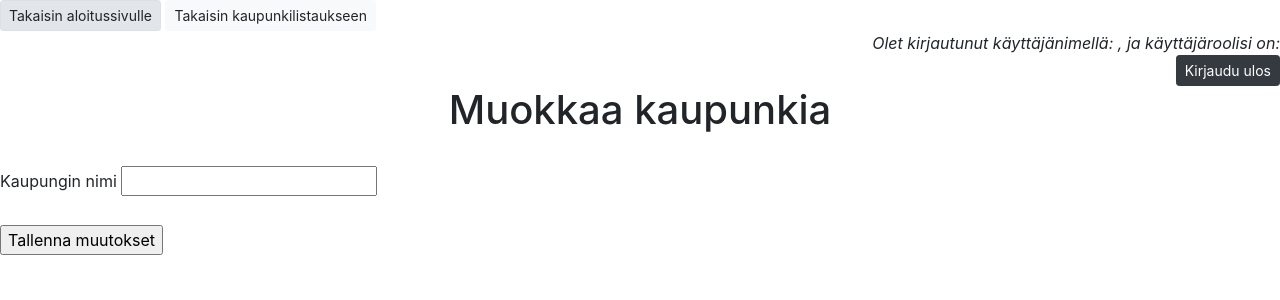
Repository: LiljestromNadja/Backend_s2023_harjoitustyo
Page: http://localhost/editCity
These files come from the project's save history. The page is drawn as it stood at one moment and after the next save; the edit follows.
The browser window is 1280 px wide. The pictures show the whole page.
The page is this project's Thymeleaf template; nobody is signed in. The template is opened directly, without the code that normally fills it, so the values that code supplies are empty.

Above is the page before, as saved 2023-11-10 17:28:36.

### harkkas23v01/src/main/resources/templates/editCity.html
<!DOCTYPE HTML>
<html xmlns:th="http://www.thymeleaf.org">
	<head>
	    <title>Muokkaa kaupunkia</title> <!-- 18102023 -->
	    <meta http-equiv="Content-Type" content="text/html; charset=UTF-8" />
	    <!-- Bootstrap-linkki vaihdettu tähän 04-10-2023 -->
		<link rel="stylesheet" href="https://cdn.jsdelivr.net/npm/bootstrap@4.0.0/dist/css/bootstrap.min.css" integrity="sha384-Gn5384xqQ1aoWXA+058RXPxPg6fy4IWvTNh0E263XmFcJlSAwiGgFAW/dAiS6JXm" crossorigin="anonymous"> <!-- Lisättiin tyyli, bootstrap 4.0 -->
		<!-- Lisättiin tyyli, bootstrap 4.0 -->
	</head>
	<body>
			<a href="/index"><button class="text-left btn btn-light btn-sm">Takaisin aloitussivulle</button></a>
			<a href="/cities"><button class="text-left btn btn-light btn-sm">Takaisin kaupunkilistaukseen</button></a>

		<div class="text-right">
			<i>Olet kirjautunut käyttäjänimellä: <b sec:authentication="name"></b>,	ja käyttäjäroolisi on: <b sec:authentication="principal.authorities"></b></i>
			<br>
			<form class="text-right" th:action="@{/logout}" method="post">
				<input type="submit" value="Kirjaudu ulos" class="btn btn-sm btn-dark" />
			</form>
		</div>

		<h1 style="text-align: center;">Muokkaa kaupunkia</h1>
		</br>
		<div>
			<form th:object="${city}" th:action="@{../saveCity}" action="#" method="post"> 	 					<!-- Tässä menee @{/saveCaegory} -->

			  	<input type="hidden" id="cityid" th:field="*{cityid}" />												<!-- muokatessa id:n täytyy mennä mukana backendin puolelle, ettei luoda uutta kategoriaa -->
			  	<div>
				  	<label>Kaupungin nimi</label>
					<input type="text" th:field="*{name}" />
				</div>

				<br>
				<input  type="submit" value="Tallenna muutokset"></input>
			</form>

		</div>





	</body>
</html>

After the next save:
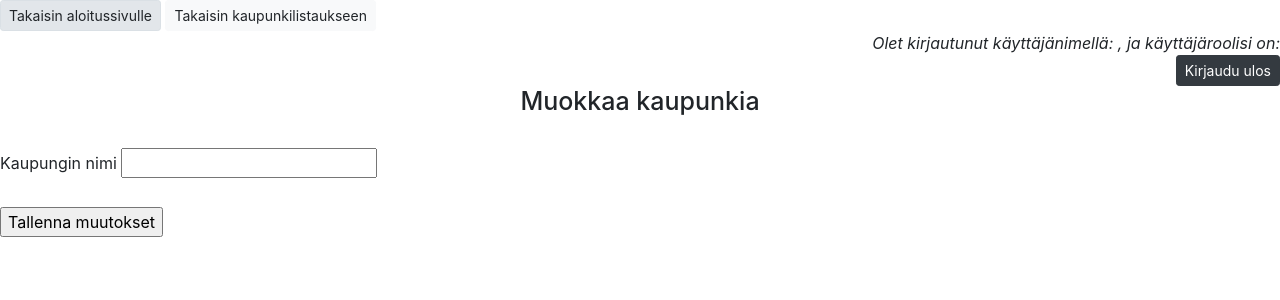
Saved 11 s later.
--- a/harkkas23v01/src/main/resources/templates/editCity.html
+++ b/harkkas23v01/src/main/resources/templates/editCity.html
@@ -19,7 +19,7 @@
 			</form>
 		</div>
 
-		<h1 style="text-align: center;">Muokkaa kaupunkia</h1>
+		<h1 style="text-align: center; font-size: 25px">Muokkaa kaupunkia</h1>
 		</br>
 		<div>
 			<form th:object="${city}" th:action="@{../saveCity}" action="#" method="post"> 	 					<!-- Tässä menee @{/saveCaegory} -->
